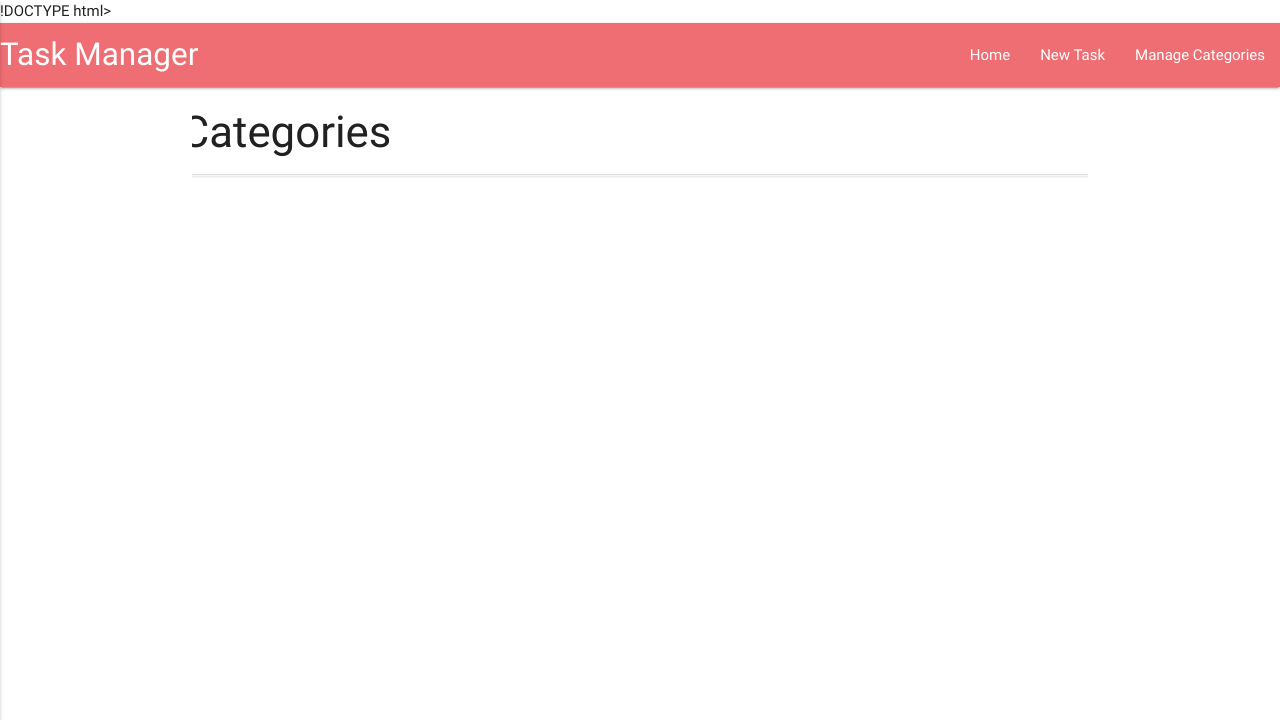
Repository: Lemoenskil/CI_TaskManager
Page: http://localhost/get_categories
The author's editor kept a record of every edit. The page is drawn from the files as they stood at one moment, then again after the next edit.
The browser window is 1280 px wide. The pictures show the whole page.
Some web libraries are served in a nearby version. The page is served by the project's application, run on Flask 3 (app.py). Queries for data that is not in the repository find no rows.

Above is the page before.

### templates/categories.html
{% extends 'base.html'%} {% block content %}

<div class="row">

    <h3>Categories</h3>
    <ul class="collapsible" data-collapsible="accordion">
        {% for category in categories %}
        <li>
            <div class="collapsible-header">
                <a href="{{url_for('delete_category', category_id=category._id)}}" class="waves-effect waves-light btn btn_small">Del</a>
                <a href="{{url_for('edit_category', category_id=category._id)}}" class="waves-effect waves-light btn btn_small blue">Edit</a>

                <div class="task_header">
                    <strong>{{category.category_name}}</strong>
                </div>
            </div>
        </li>
        {% endfor %}

    </ul>
</div>
{% endblock %}

### templates/base.html
!DOCTYPE html>
<html>

<head>
    <link href="https://fonts.googleapis.com/icon?family=Material+Icons" rel="stylesheet">
    <link rel="stylesheet" href="https://cdnjs.cloudflare.com/ajax/libs/materialize/0.100.2/css/materialize.min.css">
    <link rel="stylesheet" href="{{url_for('static', filename='css/style.css')}}" type="text/css" />
</head>

<body>
    <header>
        <nav>
            <div class="nav-wrapper">
                <a href="{{url_for('get_tasks')}}" class="brand-logo">Task Manager</a>
                <a href="#" data-activates="mobile-demo" class="button-collapse"><i class="material-icons">menu</i></a>
                <ul id="nav-mobile" class="right hide-on-med-and-down">
                    <li><a href="{{url_for('get_tasks')}}">Home</a></li>
                    <li><a href="{{url_for('add_task')}}">New Task</a></li>
                    <li><a href="{{url_for('get_categories')}}">Manage Categories</a></li>
                </ul>
                <ul class="side-nav" id="mobile-demo">
                    <li><a href="{{url_for('get_tasks')}}">Home</a></li>
                    <li><a href="{{url_for('add_task')}}">New Task</a></li>
                    <li><a href="{{url_for('get_categories')}}">Manage Categories</a></li>
                </ul>
            </div>
        </nav>
    </header>
    <div class="container">
        {% block content %} {% endblock %}
    </div>
    <script src="https://cdnjs.cloudflare.com/ajax/libs/jquery/3.2.1/jquery.min.js"></script>
    <script src="https://cdnjs.cloudflare.com/ajax/libs/materialize/0.100.2/js/materialize.min.js"></script>
    <script type="text/javascript">
        $(document).ready(function() {
            $('.collapsible').collapsible();
            $('select').material_select();
            $(".button-collapse").sideNav();
        });
        $('.datepicker').pickadate({
            selectMonths: true, // Creates a dropdown to control month
            selectYears: 15, // Creates a dropdown of 15 years to control year,
            today: 'Today',
            clear: 'Clear',
            close: 'Ok',
            closeOnSelect: false // Close upon selecting a date,
        });
    </script>
</body>

</html>

### app.py
import os
from flask import Flask, render_template, redirect, request, url_for
from flask_pymongo import PyMongo
from bson.objectid import ObjectId

app = Flask(__name__)
app.config["MONGO_DBNAME"] = 'task_manager'
app.config["MONGO_URI"] = 'mongodb+srv://CP3O:iYmkh8QOgi2fhu2y@lemoenskil-4vjdx.mongodb.net/task_manager?retryWrites=true&w=majority'

mongo = PyMongo(app)

@app.route('/')
@app.route('/get_tasks')
def get_tasks():
    return render_template("tasks.html", tasks=mongo.db.tasks.find())

@app.route('/add_task')
def add_task():
    return render_template("addtask.html", categories=mongo.db.categories.find())

@app.route('/insert_task', methods=['POST'])
def insert_task():
    tasks = mongo.db.tasks
    tasks.insert_one(request.form.to_dict())
    return redirect(url_for('get_tasks'))

@app.route('/edit_task/<task_id>')
def edit_task(task_id):
    _task =  mongo.db.tasks.find_one({"_id": ObjectId(task_id)})
    _categories =  mongo.db.categories.find()
    category_list=[category for category in _categories]
    return render_template('edittask.html', task=_task,
                           categories=category_list)

@app.route('/update_task/<task_id>', methods=["POST"])
def update_task(task_id):
    tasks = mongo.db.tasks
    tasks.update( {'_id': ObjectId(task_id)},
    {
        'task_name':request.form.get('task_name'),
        'category_name':request.form.get('category_name'),
        'task_description': request.form.get('task_description'),
        'due_date': request.form.get('due_date'),
        'is_urgent':request.form.get('is_urgent')
    })
    return redirect(url_for('get_tasks'))

@app.route('/delete_task/<task_id>')
def delete_task(task_id):
    mongo.db.tasks.remove({'_id': ObjectId(task_id)})
    return redirect(url_for('get_tasks'))

@app.route('/get_categories')
def get_categories():
    return render_template('categories.html',categories=mongo.db.categories.find())

@app.route('/edit_category/<category_id>')
def edit_category(category_id):
    return render_template('editcategory.html',
                           category=mongo.db.categories.find_one({'_id': ObjectId(category_id)}))

@app.route('/update_category/<category_id>', methods=['POST'])
def update_category(category_id):
    mongo.db.categories.update(
        {'_id': ObjectId(category_id)},
        {'category_name': request.form.get('category_name')})
    return redirect(url_for('get_categories'))

@app.route('/delete_category/<category_id>')
def delete_category(category_id):
    mongo.db.categories.remove({'_id': ObjectId(category_id)})
    return redirect(url_for('get_categories'))

@app.route('/insert_category', methods=['POST'])
def insert_category():
    category_doc = {'category_name': request.form.get('category_name')}
    mongo.db.categories.insert_one(category_doc)
    return redirect(url_for('get_categories'))


@app.route('/add_category')
def add_category():
    return render_template('addcategory.html')


if __name__ == '__main__':
    app.run(host=os.environ.get('IP'),
            port=int(os.environ.get('PORT')),
            debug=True)

### static/css/style.css
.btn_small {
    height: 24px;
    width: 60px;
    line-height: 24px;
    margin: 5px 5px;
    padding: 0 0.5em;
}

.task_header {
    margin-top: 5px;
}

.container {
    overflow: auto;
}

After the next edit:
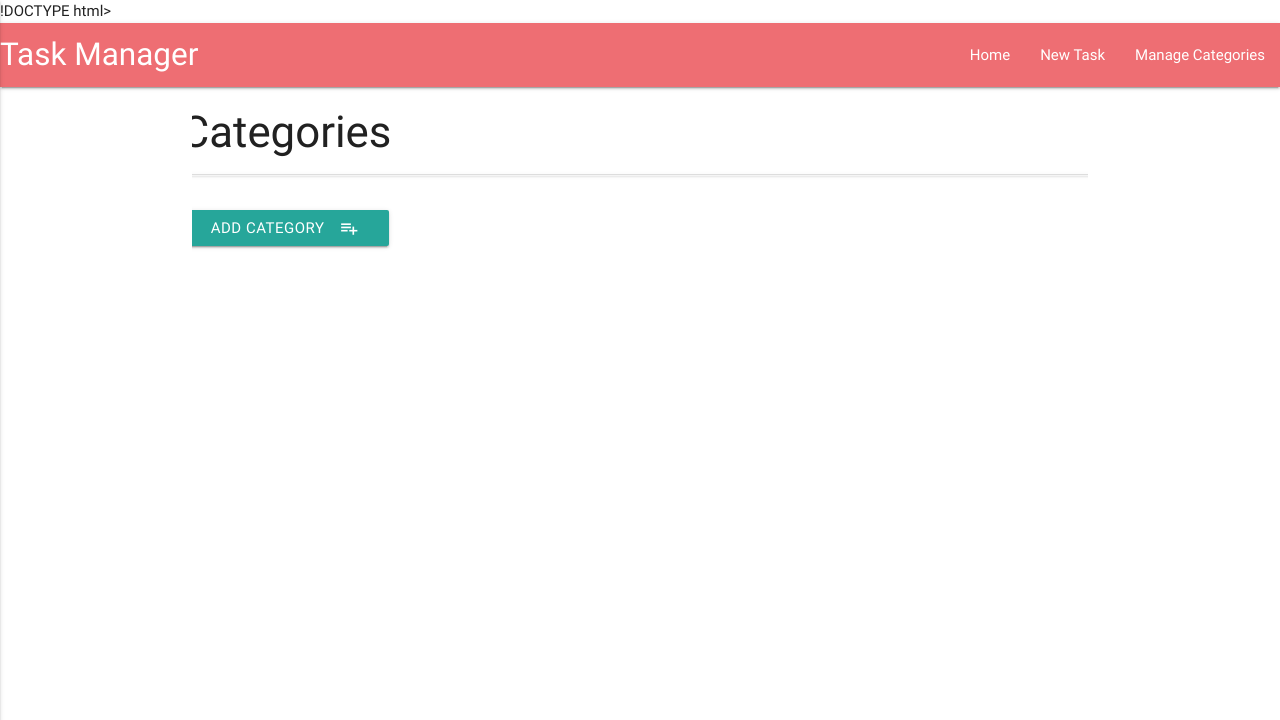
The edit:
--- a/templates/categories.html
+++ b/templates/categories.html
@@ -19,4 +19,9 @@
 
     </ul>
 </div>
+<div class="row">
+    <a href="{{url_for('add_category')}}" class="waves-effect waves-light btn">
+        <i class="material-icons right">playlist_add</i>Add Category
+    </a>
+</div>
 {% endblock %}
